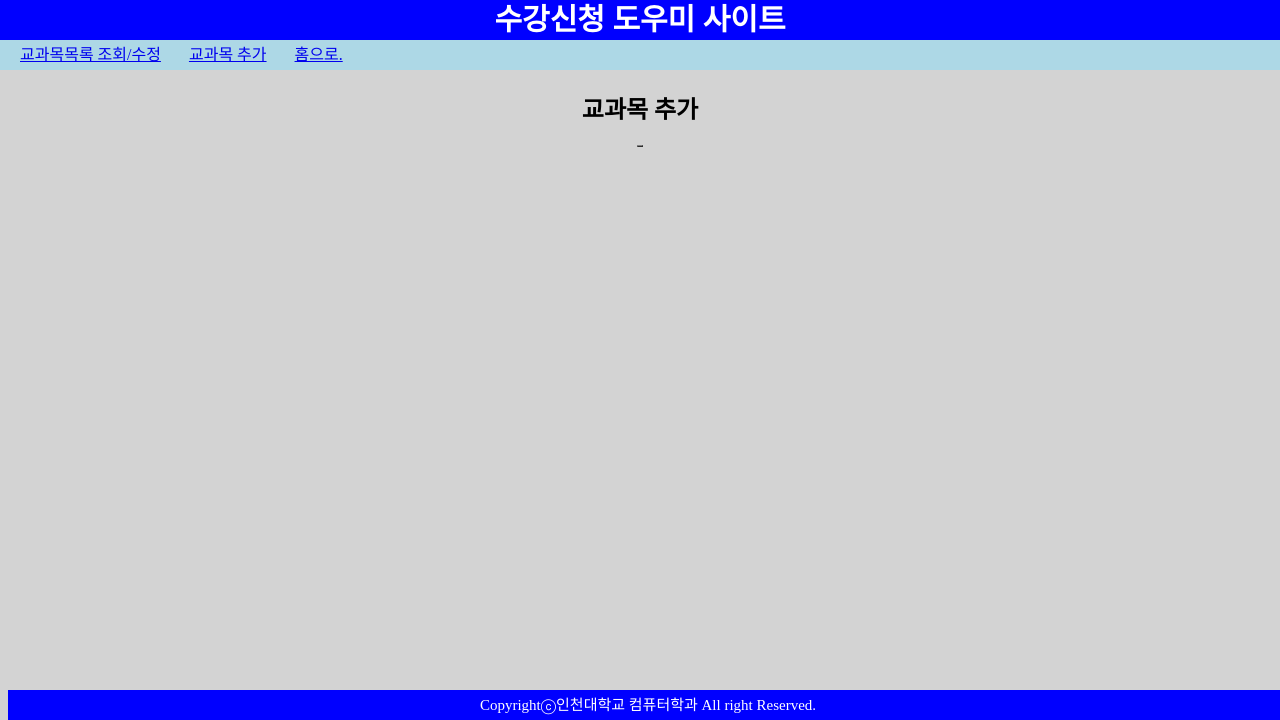
Repository: leesuyeon116/HRD_2
Page: http://localhost/HRD_0419/insert.jsp
An editor plug-in stored every save of this project. The page is shown before and after the next save, followed by the edit.
The browser window is 1280 px wide. The pictures show the whole page.
The page is served by Tomcat 9.

Above is the page before, as saved 2024-04-19 05:57:17.

After the next save:
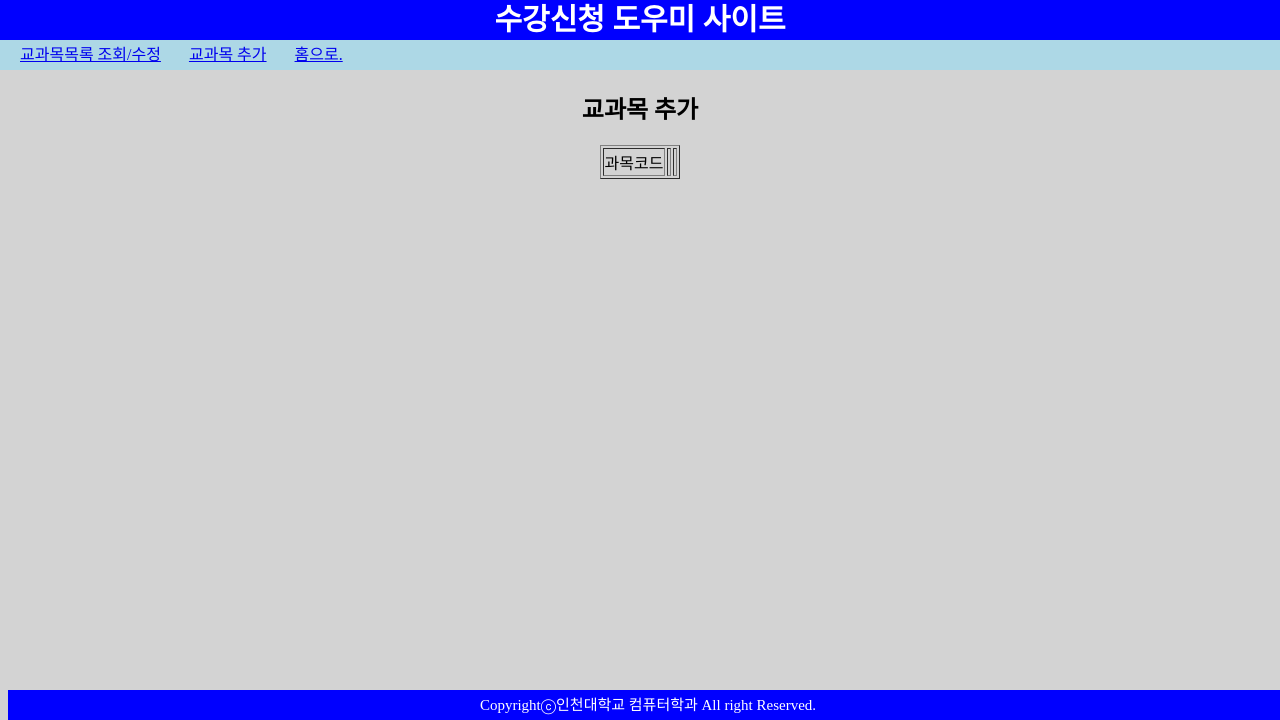
Saved 2 min 35 s later.
--- a/HRD_0419/src/main/webapp/insert.jsp
+++ b/HRD_0419/src/main/webapp/insert.jsp
@@ -10,9 +10,13 @@
 	<jsp:include page="header.jsp"></jsp:include>
     <section style="position: fixed; top: 70px; left: 0px; width: 100%; height: 100%; background-color: lightgray">
     	<h2 style="text-align: center;"><b>교과목 추가</b></h2>
-		<form method="post" style="display: flex; align-items: center; justify-content: center">
+		<form method="post" action="action.jsp" name="frm" style="display: flex; align-items: center; justify-content: center">
 			<table border="1">
-
+				<tr>
+					<td>과목코드</td>
+					<td></td>
+					<td></td>
+				</tr>
 			</table>
 		</form>
     </section>
